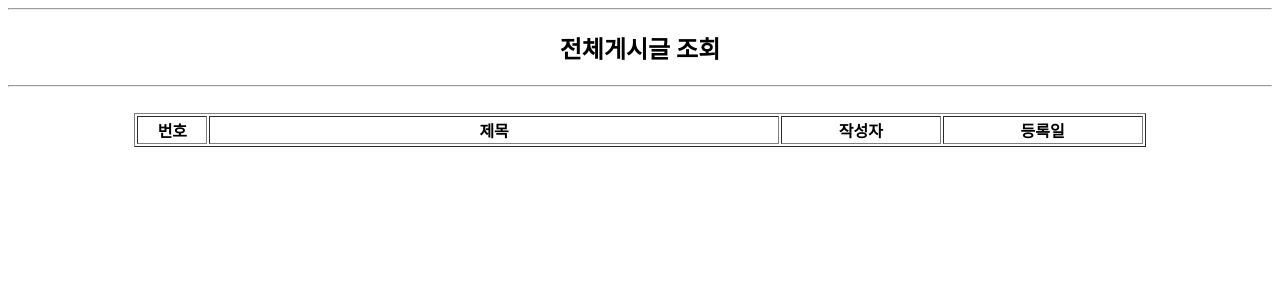
Repository: sunnny10/web-workspace
Page: http://localhost/Mission-Web/jsp/board/list.jsp
An editor plug-in stored every save of this project. The page is shown before and after the next save, followed by the edit.
The browser window is 1280 px wide. The pictures show the whole page.
The page is served by Tomcat 9. Queries for data that is not in the repository find no rows.

Above is the page before, as saved 2022-06-02 07:39:53.

After the next save:
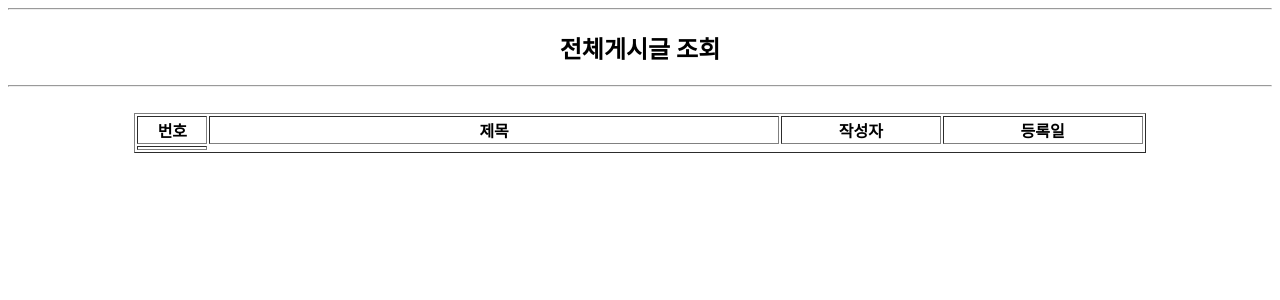
Saved 110 s later.
--- a/Mission-Web/src/main/webapp/jsp/board/list.jsp
+++ b/Mission-Web/src/main/webapp/jsp/board/list.jsp
@@ -41,6 +41,9 @@
 				<th width="16%">작성자</th>
 				<th width="20%">등록일</th>
 			</tr>
+			<tr>
+				<td></td>
+			</tr>
 		</table>
 	</div>
 </body>
